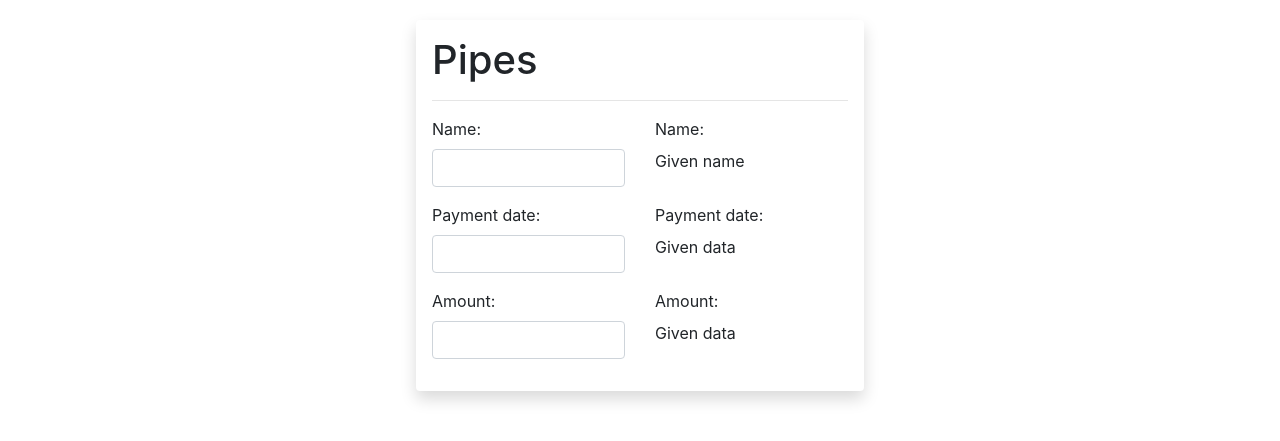
Repository: Evincars/udemy-angular
Page: / (app in pipes/)
An editor plug-in stored every save of this project. The page is shown before and after a run of saves, followed by the edit.
The browser window is 1280 px wide. The pictures show the whole page.
The project was rebuilt for these pictures with package versions that can differ from the ones it lists, and the page was loaded fresh each time. Also part of the build but not shown: pipes/angular.json.

Above is the page before, as saved 2020-04-05 10:19:43.

After the next 2 saves:
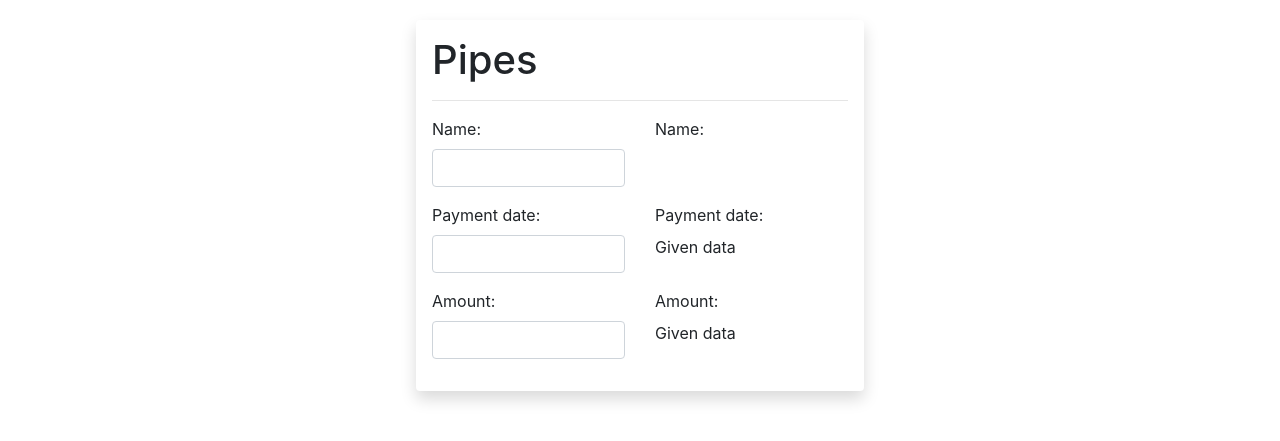
The 2 saves are shown as one change because they came seconds apart.
The last was saved 13 s later.
--- a/pipes/src/app/app.component.html
+++ b/pipes/src/app/app.component.html
@@ -14,7 +14,7 @@
     </div>
     <div class="col-md-6">
       <label>Name:</label>
-      <p>Given name</p>
+      <p>{{ name }}</p>
     </div>
   </div>
   <div class="row">
@@ -38,7 +38,7 @@
     </div>
     <div class="col-md-6">
       <label>Amount:</label>
-    <p>Given data</p>
+      <p>Given data</p>
     </div>
   </div>
 </div>
